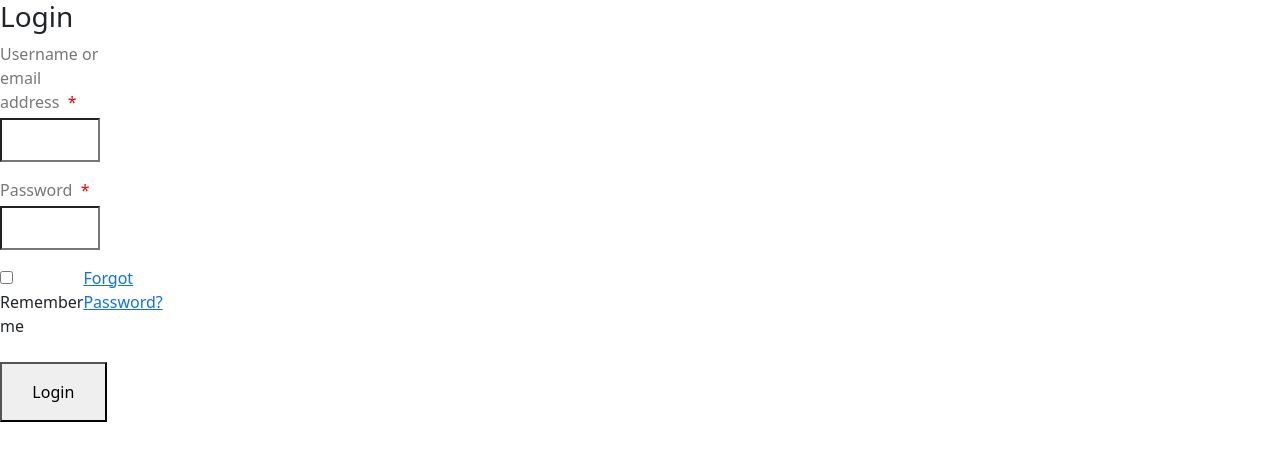
Repository: NguyenDo13/BE2-NhomH
Page: module-20,21/index.html
These files come from the project's save history. The page is drawn as it stood at one moment and after the next save; the edit follows.
The browser window is 1280 px wide. The pictures show the whole page.

Above is the page before, as saved 2022-05-21 07:32:20.

### module-20,21/index.html
<!DOCTYPE html>
<html lang="en">


<head>
    <meta charset="UTF-8" />
    <meta http-equiv="X-UA-Compatible" content="IE=edge" />
    <meta name="viewport" content="width=device-width, initial-scale=1.0" />
    <link rel="stylesheet" href="index/public/css/style.css" />
    <link rel="stylesheet" href="index/public/css/bootstrap.min.css" />
    <link rel="stylesheet" href="https://cdnjs.cloudflare.com/ajax/libs/font-awesome/6.0.0/css/all.min.css" />
    <title>Document</title>
</head>

<body>
    <div class="maincontainer">
        <div class="remaincontainer">
            <div class="boxcontent">
                <div class="u-columns col2-set">
                    <div class="u-column1 col-1">
                        <form action="" class="formSignin">
                            <h3 class="title-login"> Login </h3>
                            <p class="titleinput-login">
                                <label class="mb-1 font-weight-medium" for="username">Username or email address&nbsp;
                                    <span class="required">*</span>
                                </label>
                                <input type="text" class="input-login" name="username" id="username">
                            </p>
                            <p class="titleinput-login">
                                <label class="mb-1 font-weight-medium" for="password">Password&nbsp;
                                    <span class="required">*</span>
                                </label>
                                <input type="text" class="input-login" name="password" id="password">
                            </p>
                            <div class="Remember-password d-flex flex-column flex-sm-row justify-content-between mb-4">
                                <div class="checkbox-login my-2 my-sm-0">
                                    <input type="checkbox" name="rememberme" id="rememberme" value="forever" class="control-input">
                                    <label class="label-control no-radius" for="rememberme">Remember me</label>
                                </div>
                                <a href="" class="text-v-dark font-weight-semibold">Forgot Password?</a>
                            </div>
                            <p class="form-row mb-3 mb-lg-0 pb-1 pb-lg-0">
                                <input type="hidden" id="login-btn" name="login-btn" value="ca1cd3182f" /><input type="hidden" name="_wp_http_referer" value="/wordpress/porto/shop1/my-account/" />
                                <button type="submit" class="Login-Button button login-btn btn-v-dark py-3 text-md w-100" name="login" value="Login">
                                    Login</button>
                            </p>
                        </form>
                    </div>
                    <div class="u-column2 col-2"></div>
                </div>
            </div>
        </div>
    </div>
</body>

</html>

### module-20,21/index/public/css/style.css
.titleinput-login {
    color: #777777;
}

.input-login {
    width: 100px;
    background-color: #fff;
    color: #777777;
    padding: 8px 12px;
}

.required {
    color: red;
    cursor: default;
    border: none;
}

body {}

Loaded but not shown: module-20,21/index/public/css/bootstrap.min.css (library)

After the next save:
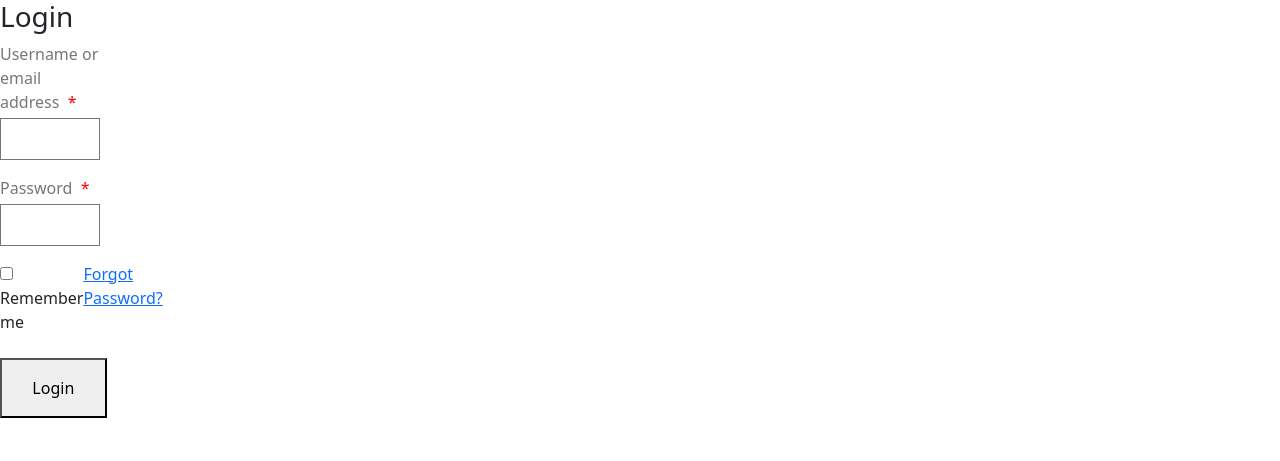
Saved 35 s later.
--- a/module-20,21/index/public/css/style.css
+++ b/module-20,21/index/public/css/style.css
@@ -3,6 +3,10 @@
 }
 
 .input-login {
+    border: 1px solid;
+    outline: none;
+    box-shadow: none;
+    text-align: left;
     width: 100px;
     background-color: #fff;
     color: #777777;
